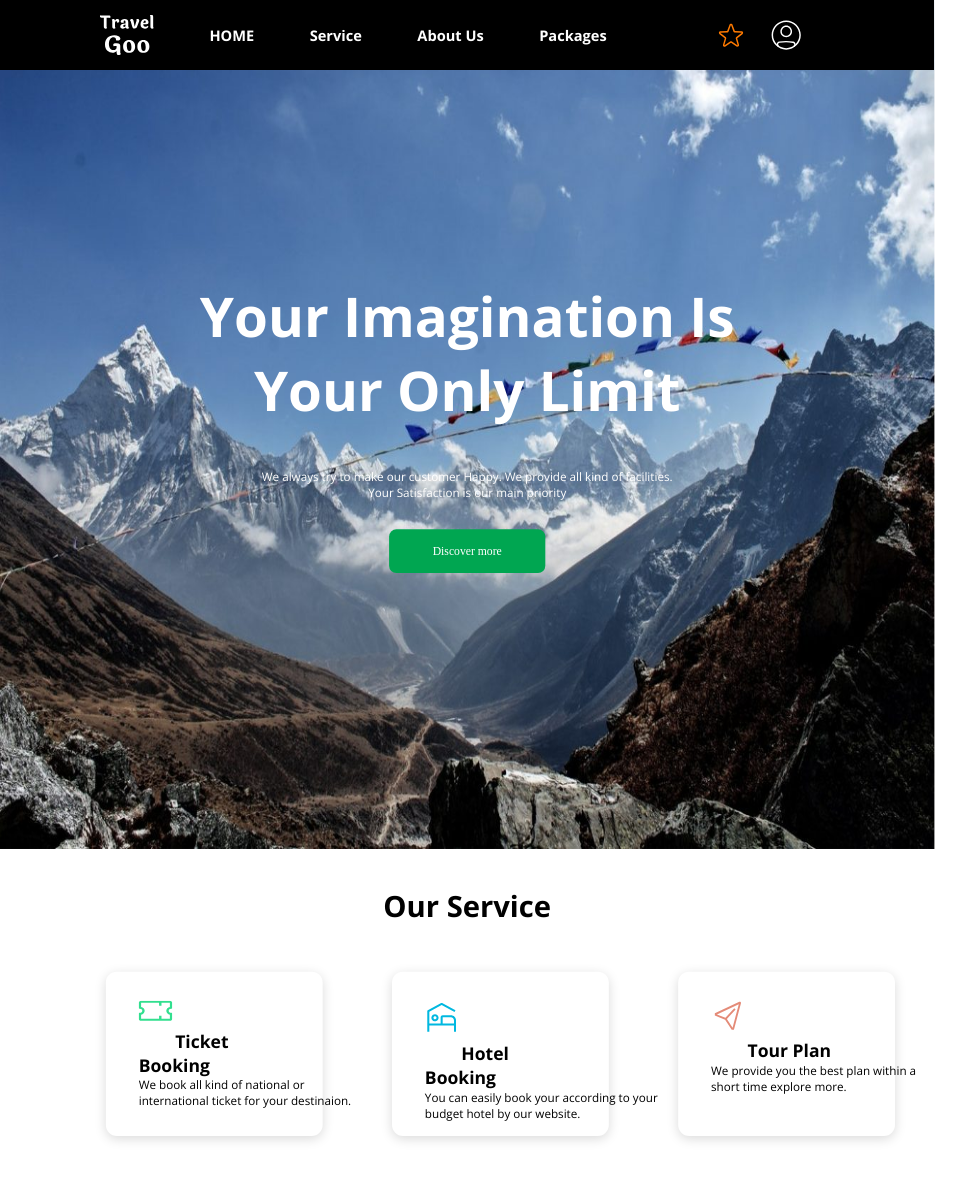
Repository: kubrazamanova/Background-Image
Page: index.html
These files come from the project's save history. The page is drawn as it stood at one moment and after the next save; the edit follows.
The browser window is 1280 px wide. The page is 1293 px wide, then 1333 px, so the pictures cover 1333 px, including what lies to the right of the window. The pictures show the whole page, at 73% of full size.

Above is the page before, as saved 2023-10-17 18:56:18.

### index.html
<!DOCTYPE html>
<html lang="en">
  <head>
    <meta charset="UTF-8" />
    <meta name="viewport" content="width=device-width, initial-scale=1.0" />
    <link rel="stylesheet" href="index.css" />
    <title>Document</title>
  </head>
  <body>
    <div class="container">
      <div class="home-page">
        <nav>
          <img src="./image/Travel Goo.svg" alt="" />
          <ul>
            <li>
              <a href="#">HOME</a>
            </li>
            <li>
              <a href="#service-page">Service</a>
            </li>
            <li>
              <a href="#">About Us</a>
            </li>

            <li>
              <a href="#">Packages</a>
            </li>
          </ul>
          <div class="photo1">
            <img src="./image/star.svg" alt="" />
            <img src="./image/user.svg" alt="" />
          </div>
        </nav>

        <main>
          <h1>Your Imagination Is Your Only Limit</h1>
          <p>
            We always try to make our customer Happy. We provide all kind of
            facilities. Your Satisfaction is our main priority
          </p>
          <a href="#">Discover more</a>
        </main>
      </div>
      <div id="service-page">
        <div class="our-service-page">
          <h1>Our Service</h1>

          <ul>
            <li>
              <svg
                xmlns="http://www.w3.org/2000/svg"
                width="46"
                height="28"
                viewBox="0 0 46 28"
                fill="none"
              >
                <path
                  d="M44.3571 10.9036C44.7929 10.9036 45.2107 10.76 45.5188 10.5044C45.8269 10.2488 46 9.90215 46 9.54067V2.72591C46 2.00295 45.6538 1.30961 45.0376 0.7984C44.4214 0.287193 43.5857 0 42.7143 0H3.28571C2.41429 0 1.57855 0.287193 0.962363 0.7984C0.346172 1.30961 0 2.00295 0 2.72591V9.54067C0 9.90215 0.173086 10.2488 0.481182 10.5044C0.789277 10.76 1.20714 10.9036 1.64286 10.9036C2.51428 10.9036 3.35002 11.1908 3.96621 11.702C4.5824 12.2132 4.92857 12.9066 4.92857 13.6295C4.92857 14.3525 4.5824 15.0458 3.96621 15.557C3.35002 16.0682 2.51428 16.3554 1.64286 16.3554C1.20714 16.3554 0.789277 16.499 0.481182 16.7546C0.173086 17.0102 0 17.3569 0 17.7184V24.5332C0 25.2561 0.346172 25.9495 0.962363 26.4607C1.57855 26.9719 2.41429 27.2591 3.28571 27.2591H42.7143C43.5857 27.2591 44.4214 26.9719 45.0376 26.4607C45.6538 25.9495 46 25.2561 46 24.5332V17.7184C46 17.3569 45.8269 17.0102 45.5188 16.7546C45.2107 16.499 44.7929 16.3554 44.3571 16.3554C43.4857 16.3554 42.65 16.0682 42.0338 15.557C41.4176 15.0458 41.0714 14.3525 41.0714 13.6295C41.0714 12.9066 41.4176 12.2132 42.0338 11.702C42.65 11.1908 43.4857 10.9036 44.3571 10.9036ZM42.7143 18.9042V24.5332H31.2143V20.4443H27.9286V24.5332H3.28571V18.9042C4.69199 18.5992 5.93673 17.9161 6.82512 16.9617C7.71351 16.0073 8.19542 14.8354 8.19542 13.6295C8.19542 12.4237 7.71351 11.2518 6.82512 10.2974C5.93673 9.34297 4.69199 8.65984 3.28571 8.3549V2.72591H27.9286V6.81477H31.2143V2.72591H42.7143V8.3549C41.308 8.65984 40.0633 9.34297 39.1749 10.2974C38.2865 11.2518 37.8046 12.4237 37.8046 13.6295C37.8046 14.8354 38.2865 16.0073 39.1749 16.9617C40.0633 17.9161 41.308 18.5992 42.7143 18.9042Z"
                  fill="#32DF8F"
                />
              </svg>
              <b>Ticket Booking</b>
              <p>
                We book all kind of national or international ticket for your
                destinaion.
              </p>
            </li>

            <li>
              <svg
                xmlns="http://www.w3.org/2000/svg"
                width="45"
                height="45"
                viewBox="0 0 45 45"
                fill="none"
              >
                <path
                  d="M13.3594 21.0938C13.7766 21.0938 14.1844 21.2175 14.5313 21.4492C14.8782 21.681 15.1485 22.0105 15.3082 22.3959C15.4678 22.7813 15.5096 23.2055 15.4282 23.6146C15.3468 24.0238 15.1459 24.3997 14.8509 24.6947C14.5559 24.9897 14.1801 25.1906 13.7709 25.272C13.3617 25.3534 12.9376 25.3116 12.5522 25.1519C12.1667 24.9923 11.8373 24.7219 11.6055 24.375C11.3737 24.0281 11.25 23.6203 11.25 23.2031C11.25 22.6437 11.4722 22.1072 11.8678 21.7116C12.2634 21.316 12.7999 21.0938 13.3594 21.0938ZM13.3594 18.2812C12.3859 18.2813 11.4343 18.5699 10.6249 19.1107C9.81553 19.6516 9.18468 20.4203 8.81216 21.3196C8.43963 22.219 8.34216 23.2086 8.53207 24.1633C8.72199 25.1181 9.19075 25.9951 9.87909 26.6834C10.5674 27.3718 11.4444 27.8405 12.3992 28.0304C13.3539 28.2203 14.3435 28.1229 15.2429 27.7503C16.1423 27.3778 16.9109 26.747 17.4518 25.9376C17.9926 25.1282 18.2813 24.1766 18.2813 23.2031C18.2813 21.8978 17.7627 20.6459 16.8397 19.7228C15.9166 18.7998 14.6647 18.2812 13.3594 18.2812Z"
                  fill="#00B8E0"
                />
                <path
                  d="M35.1562 19.6875H23.9062C23.1603 19.6875 22.445 19.9838 21.9175 20.5112C21.3901 21.0387 21.0938 21.7541 21.0938 22.5V30.9375H5.625V14.9062L22.5 5.82185L40.1203 15.3L41.4422 12.825L23.1609 2.98122C22.9575 2.87289 22.7305 2.81622 22.5 2.81622C22.2695 2.81622 22.0425 2.87289 21.8391 2.98122L3.55781 12.825C3.33326 12.9445 3.14536 13.1228 3.01411 13.3407C2.88285 13.5586 2.81318 13.8081 2.8125 14.0625V42.1875H5.625V33.75H39.375V42.1875H42.1875V26.7187C42.1875 24.8539 41.4467 23.0655 40.1281 21.7469C38.8095 20.4283 37.0211 19.6875 35.1562 19.6875ZM23.9062 30.9375V22.5H35.1562C36.2751 22.5 37.3482 22.9444 38.1394 23.7356C38.9305 24.5268 39.375 25.5998 39.375 26.7187V30.9375H23.9062Z"
                  fill="#00B8E0"
                />
              </svg>
              <b>Hotel Booking</b>
              <p>
                You can easily book your according to your budget hotel by our
                website.
              </p>
            </li>

            <li>
              <svg
                xmlns="http://www.w3.org/2000/svg"
                width="41"
                height="41"
                viewBox="0 0 41 41"
                fill="none"
              >
                <path
                  d="M37.9926 1.59009C37.7551 1.39292 37.4665 1.26731 37.1604 1.22788C36.8543 1.18845 36.5432 1.23683 36.2635 1.36739L2.7016 17.1207V20.1689L16.7983 25.8076L25.8404 39.7187H28.8893L38.5227 3.25115C38.6008 2.9525 38.5925 2.6378 38.4986 2.34372C38.4047 2.04964 38.2293 1.78828 37.9926 1.59009ZM27.0069 36.8113L19.2348 24.8538L31.1947 11.7545L29.3024 10.0267L17.2488 23.2282L5.62605 18.5791L35.5307 4.54201L27.0069 36.8113Z"
                  fill="#E48B78"
                />
              </svg>
              <b>Tour Plan</b>
              <p>
                We provide you the best plan within a short time explore more.
              </p>
            </li>
          </ul>
        </div>
        <!-- <div class="best-service">
          <h1>We always try to give you the best service</h1>
          <p>
            We always try to make our customer Happy. We provide all kind of
            facilities. Your Satisfaction is our main priority.
          </p>

          <ul>
            <li>
              <svg
                xmlns="http://www.w3.org/2000/svg"
                width="42"
                height="42"
                viewBox="0 0 42 42"
                fill="none"
              >
                <g clip-path="url(#clip0_10_30)">
                  <path
                    d="M39.375 3.93291L28.8658 3.93295V1.31714C28.8658 0.591982 28.2785 0.00463867 27.5533 0.00463867C26.8282 0.00463867 26.2408 0.591982 26.2408 1.31714V3.93229H15.7408V1.31714C15.7408 0.591982 15.1535 0.00463867 14.4283 0.00463867C13.7032 0.00463867 13.1158 0.591982 13.1158 1.31714V3.93229H2.625C1.17534 3.93229 0 5.10764 0 6.55729V39.3698C0 40.8194 1.17534 41.9948 2.625 41.9948H39.375C40.8247 41.9948 42 40.8194 42 39.3698V6.55729C42 5.10825 40.8247 3.93291 39.375 3.93291ZM39.375 39.3698H2.625V6.55729H13.1158V7.87964C13.1158 8.60475 13.7032 9.19214 14.4283 9.19214C15.1535 9.19214 15.7408 8.60475 15.7408 7.87964V6.55795H26.2408V7.88029C26.2408 8.60545 26.8282 9.19279 27.5533 9.19279C28.2785 9.19279 28.8658 8.60545 28.8658 7.88029V6.55795H39.375V39.3698ZM30.1875 20.9954H32.8125C33.537 20.9954 34.125 20.4074 34.125 19.6829V17.0579C34.125 16.3334 33.537 15.7454 32.8125 15.7454H30.1875C29.463 15.7454 28.875 16.3334 28.875 17.0579V19.6829C28.875 20.4074 29.463 20.9954 30.1875 20.9954ZM30.1875 31.4948H32.8125C33.537 31.4948 34.125 30.9074 34.125 30.1823V27.5573C34.125 26.8328 33.537 26.2448 32.8125 26.2448H30.1875C29.463 26.2448 28.875 26.8328 28.875 27.5573V30.1823C28.875 30.9081 29.463 31.4948 30.1875 31.4948ZM22.3125 26.2448H19.6875C18.963 26.2448 18.375 26.8328 18.375 27.5573V30.1823C18.375 30.9074 18.963 31.4948 19.6875 31.4948H22.3125C23.037 31.4948 23.625 30.9074 23.625 30.1823V27.5573C23.625 26.8334 23.037 26.2448 22.3125 26.2448ZM22.3125 15.7454H19.6875C18.963 15.7454 18.375 16.3334 18.375 17.0579V19.6829C18.375 20.4074 18.963 20.9954 19.6875 20.9954H22.3125C23.037 20.9954 23.625 20.4074 23.625 19.6829V17.0579C23.625 16.3328 23.037 15.7454 22.3125 15.7454ZM11.8125 15.7454H9.1875C8.463 15.7454 7.875 16.3334 7.875 17.0579V19.6829C7.875 20.4074 8.463 20.9954 9.1875 20.9954H11.8125C12.537 20.9954 13.125 20.4074 13.125 19.6829V17.0579C13.125 16.3328 12.537 15.7454 11.8125 15.7454ZM11.8125 26.2448H9.1875C8.463 26.2448 7.875 26.8328 7.875 27.5573V30.1823C7.875 30.9074 8.463 31.4948 9.1875 31.4948H11.8125C12.537 31.4948 13.125 30.9074 13.125 30.1823V27.5573C13.125 26.8334 12.537 26.2448 11.8125 26.2448Z"
                    fill="#005F15"
                  />
                </g>
                <defs>
                  <clipPath id="clip0_10_30">
                    <rect width="42" height="42" fill="white" />
                  </clipPath>
                </defs>
              </svg>
              <b>15+</b>
              <p>Years of Experience</p>
            </li>

            <li>
              <svg
                xmlns="http://www.w3.org/2000/svg"
                width="43"
                height="43"
                viewBox="0 0 43 43"
                fill="none"
              >
                <path
                  d="M37.2891 33.2578H8.39844V7.05469C8.39844 6.86992 8.24727 6.71875 8.0625 6.71875H5.71094C5.52617 6.71875 5.375 6.86992 5.375 7.05469V35.9453C5.375 36.1301 5.52617 36.2812 5.71094 36.2812H37.2891C37.4738 36.2812 37.625 36.1301 37.625 35.9453V33.5938C37.625 33.409 37.4738 33.2578 37.2891 33.2578ZM12.0938 29.8984H14.4453C14.6301 29.8984 14.7812 29.7473 14.7812 29.5625V23.5156C14.7812 23.3309 14.6301 23.1797 14.4453 23.1797H12.0938C11.909 23.1797 11.7578 23.3309 11.7578 23.5156V29.5625C11.7578 29.7473 11.909 29.8984 12.0938 29.8984ZM18.4766 29.8984H20.8281C21.0129 29.8984 21.1641 29.7473 21.1641 29.5625V16.125C21.1641 15.9402 21.0129 15.7891 20.8281 15.7891H18.4766C18.2918 15.7891 18.1406 15.9402 18.1406 16.125V29.5625C18.1406 29.7473 18.2918 29.8984 18.4766 29.8984ZM24.8594 29.8984H27.2109C27.3957 29.8984 27.5469 29.7473 27.5469 29.5625V19.4004C27.5469 19.2156 27.3957 19.0645 27.2109 19.0645H24.8594C24.6746 19.0645 24.5234 19.2156 24.5234 19.4004V29.5625C24.5234 29.7473 24.6746 29.8984 24.8594 29.8984ZM31.2422 29.8984H33.5938C33.7785 29.8984 33.9297 29.7473 33.9297 29.5625V12.7656C33.9297 12.5809 33.7785 12.4297 33.5938 12.4297H31.2422C31.0574 12.4297 30.9062 12.5809 30.9062 12.7656V29.5625C30.9062 29.7473 31.0574 29.8984 31.2422 29.8984Z"
                  fill="#005F15"
                />
              </svg>
              <b>15k+</b>
              <p>Happy Travellers</p>
            </li>

            <li>
              <svg
                xmlns="http://www.w3.org/2000/svg"
                width="43"
                height="43"
                viewBox="0 0 43 43"
                fill="none"
              >
                <path
                  d="M21.5 32.25L13.3166 20.6938C11.9771 19.1122 11.1145 17.1827 10.8292 15.1299C10.5439 13.0771 10.8478 10.9855 11.7053 9.09874C12.5628 7.21193 13.9387 5.60758 15.6728 4.47252C17.4068 3.33747 19.4277 2.71843 21.5 2.6875C24.3726 2.71589 27.1168 3.88155 29.1317 5.92918C31.1466 7.97681 32.2679 10.7395 32.25 13.6122C32.2511 16.1182 31.3979 18.5497 29.8312 20.5056L21.5 32.25ZM21.5 5.375C19.339 5.39982 17.2763 6.28119 15.7646 7.8256C14.253 9.37001 13.416 11.4512 13.4375 13.6122C13.4465 15.5846 14.1561 17.4896 15.4397 18.9872L21.5 27.5738L27.7216 18.8125C28.9042 17.3363 29.553 15.5036 29.5625 13.6122C29.584 11.4512 28.747 9.37001 27.2354 7.8256C25.7237 6.28119 23.6609 5.39982 21.5 5.375Z"
                  fill="#005F15"
                />
                <path
                  d="M21.5 14.7812C22.9843 14.7812 24.1875 13.578 24.1875 12.0938C24.1875 10.6095 22.9843 9.40625 21.5 9.40625C20.0157 9.40625 18.8125 10.6095 18.8125 12.0938C18.8125 13.578 20.0157 14.7812 21.5 14.7812Z"
                  fill="#005F15"
                />
                <path
                  d="M37.625 16.125H34.9375V18.8125H37.625V37.625H5.375V18.8125H8.0625V16.125H5.375C4.66223 16.125 3.97865 16.4081 3.47465 16.9122C2.97065 17.4162 2.6875 18.0997 2.6875 18.8125V37.625C2.6875 38.3378 2.97065 39.0213 3.47465 39.5253C3.97865 40.0294 4.66223 40.3125 5.375 40.3125H37.625C38.3378 40.3125 39.0213 40.0294 39.5253 39.5253C40.0294 39.0213 40.3125 38.3378 40.3125 37.625V18.8125C40.3125 18.0997 40.0294 17.4162 39.5253 16.9122C39.0213 16.4081 38.3378 16.125 37.625 16.125Z"
                  fill="#005F15"
                />
              </svg>
              <b>650+</b>
              <p>Places Visited</p>
            </li>

            <li>
              <svg
                xmlns="http://www.w3.org/2000/svg"
                width="35"
                height="35"
                viewBox="0 0 35 35"
                fill="none"
              >
                <path
                  d="M3.09169 19.7254C4.17377 26.6977 10.2404 32.0775 17.5015 32.0775C25.5209 32.0775 32.0819 25.5164 32.0819 17.497C32.0819 9.47767 25.5223 2.91663 17.5029 2.91663C12.6934 2.91663 8.46127 5.25142 5.83335 8.74996V2.91808L2.92106 2.91663L2.91669 13.125H13.125V10.2083L8.45981 10.2068C10.5 7.58475 13.8571 5.83329 17.5029 5.83329C23.9167 5.83329 29.1667 11.0833 29.1667 17.497C29.1667 23.9108 23.9167 29.1622 17.5015 29.1622C11.8461 29.1622 7.10065 25.0877 6.05502 19.7254H3.09169Z"
                  fill="#005F15"
                />
                <path
                  d="M16.0446 10.2069V17.939L20.7127 24.2054L23.046 22.4598L18.9612 17.0625V10.2069H16.0446Z"
                  fill="#005F15"
                />
              </svg>
              <b>2k+</b>
              <p>Travel History</p>
            </li>
          </ul>
        </div> -->
      </div>
    </div>
  </body>
</html>

### index.css
@import url("https://fonts.googleapis.com/css2?family=Open+Sans:wght@400;700&display=swap");
* {
  margin: 0;
  padding: 0;
  box-sizing: border-box;
}

.home-page {
  min-height: 100vh;
  background-image: url("./image/mount-everest-1313x875.jpg");
  background-repeat: no-repeat;
  background-size: 100% 100%;
}

.home-page nav {
  width: 100%;
  padding: 20px 145px 20px 136px;
  background-color: black;
  display: flex;
  justify-content: space-between;
  position: fixed;
}

.home-page ul {
  display: flex;
  align-items: center;
}

.home-page ul li a {
  margin-right: 76px;
  list-style-type: none;
  text-decoration: none;
  color: #fff;
  font-family: Open Sans;
  font-size: 20px;
  font-style: normal;
  font-weight: 600;
  line-height: normal;
}
.home-page .photo1 {
  display: flex;
  align-items: center;
}

.home-page .photo1 img {
  margin-right: 34px;
}

main {
  padding: 381px 475px 378px 475px;
  display: flex;
  flex-direction: column;
  justify-content: center;
  align-items: center;
}

.home-page h1 {
  width: 779px;
  color: #fff;
  text-align: center;
  font-family: Open Sans;
  font-size: 75px;
  font-style: normal;
  font-weight: 800;
  line-height: normal;
}

.home-page p {
  width: 568px;
  margin-top: 57px;
  color: #fff;
  text-align: center;
  font-family: Open Sans;
  font-size: 16px;
  font-style: normal;
  font-weight: 400;
  line-height: normal;
}

.home-page main a {
  display: block;
  margin-top: 39px;
  width: 214px;
  height: 60px;
  border-radius: 10px;
  background: #00a651;
  text-decoration: none;
  color: white;
  display: flex;
  justify-content: center;
  align-items: center;
}

.our-service-page {
  padding: 50px 145px 88px 145px;
  background-color: #fff;
}

.our-service-page h1 {
  color: #000;
  text-align: center;
  font-family: Open Sans;
  font-size: 40px;
  font-style: normal;
  font-weight: 700;
  line-height: normal;
}

.our-service-page ul {
  display: flex;
  justify-content: space-between;
  margin-top: 63px;
}

.our-service-page ul li {
  width: 30%;
  padding: 40px 50px 20px 45px;
  margin-right: 95px;
  list-style-type: none;
  border-radius: 15px;
  background-color: #f9f9f9;
  border-radius: 15px;
  background: #fff;
  box-shadow: 0px 4px 16px 0px rgba(0, 0, 0, 0.15);

}

.our-service-page ul li svg {
  width: 46px;
  margin-bottom: 36px;
}

.our-service-page ul li b {
  width: 177px;
  margin-bottom: 19px;
  color: #000;
  text-align: center;
  font-family: Open Sans;
  font-size: 24px;
  font-style: normal;
  font-weight: 700;
  line-height: normal;
}

.our-service-page ul li p {
  width: 319px;
  color: #000;
  font-family: Open Sans;
  font-size: 16px;
  font-style: normal;
  font-weight: 400;
  line-height: normal;
}

.best-service {
  padding: 169px 167px 113px 176px;
  min-height: 100vh;
  background: rgba(0, 88, 83, 0.05);
  display: flex;
  flex-direction: column;
  justify-content: center;
  align-items: center;
}

.best-service h1 {
  width: 518px;
  color: #000;
  text-align: center;
  font-family: Open Sans;
  font-size: 40px;
  font-style: normal;
  font-weight: 700;
  line-height: normal;
}

.best-service p {
  width: 495px;
  margin-top: 19px;
  color: #000;
  text-align: center;
  font-family: Open Sans;
  font-size: 16px;
  font-style: normal;
  font-weight: 400;
  line-height: normal;
}

.best-service ul {
  margin-top: 118px;
  display: flex;
}

.best-service ul li {
  list-style-type: none;
  width: 250px;
  height: 250px;
  border-radius: 15px;
  background: #fff;
  margin-right: 136px;
  display: flex;
  flex-direction: column;
  align-items: center;
}

.best-service svg {
  margin-top: 43px;
  width: 42px;
  height: 42px;
}

.best-service b {
  margin-top: 19px;
  color: #000;
  font-family: Open Sans;
  font-size: 36px;
  font-style: normal;
  font-weight: 700;
  line-height: normal;
}

.best-service p {
  color: #000;
  text-align: center;
  font-family: Open Sans;
  font-size: 20px;
  font-style: normal;
  font-weight: 400;
  line-height: normal;
}

After the next save:
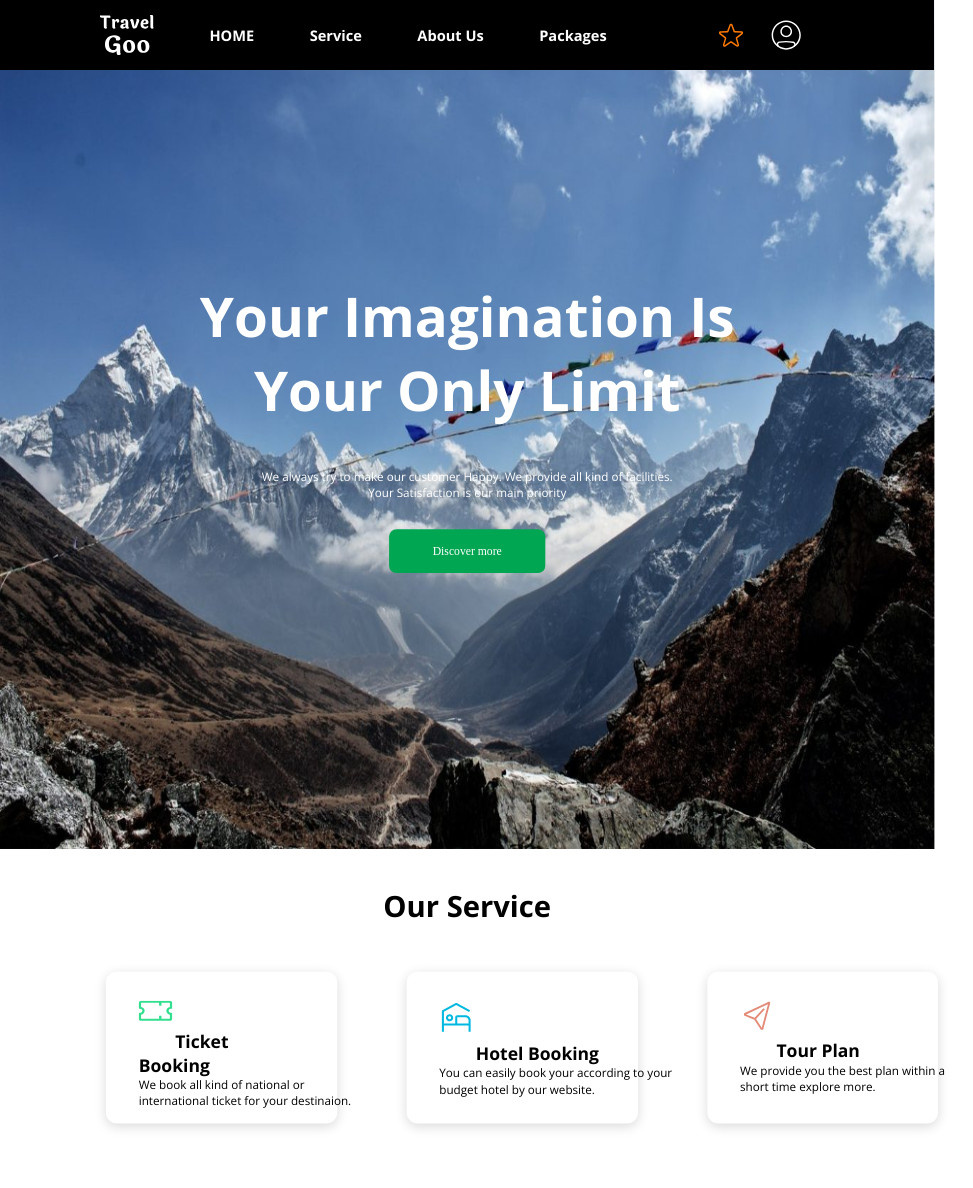
Saved 12 s later.
--- a/index.css
+++ b/index.css
@@ -113,7 +113,7 @@ main {
 }
 
 .our-service-page ul li {
-  width: 30%;
+  width: 32%;
   padding: 40px 50px 20px 45px;
   margin-right: 95px;
   list-style-type: none;
